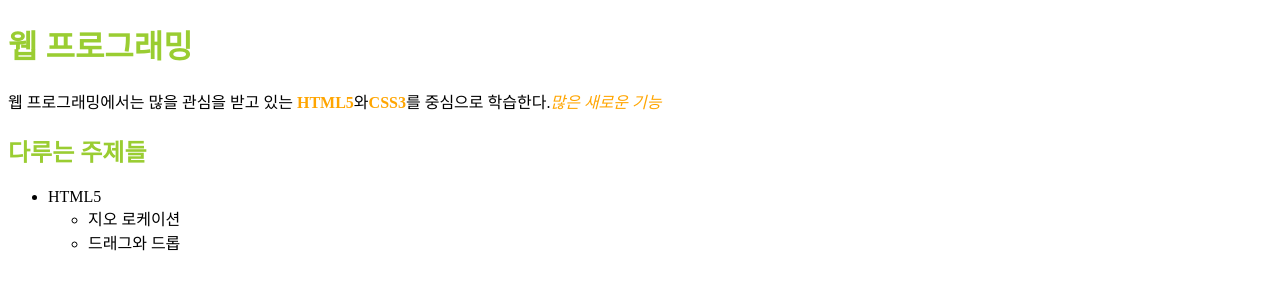
Repository: daehyeonhong/HTML
Page: exercise/WebContent/exercise0519/exerciseT_12.html
An editor plug-in stored every save of this project. The page is shown before and after the next save, followed by the edit.
The browser window is 1280 px wide. The pictures show the whole page.

Above is the page before, as saved 2020-05-20 00:25:39.

### exercise/WebContent/exercise0519/exerciseT_12.html
<!DOCTYPE html>
<html lang="en">
<head>
    <meta charset="UTF-8">
    <meta name="viewport" content="width=device-width, initial-scale=1.0">
    <title>Document</title>
    <style>strong{color: orange;}em{color: orange;}ul>li>ul>li{color: red;}
    h1,h2{color: yellowgreen;}</style>
</head>
<body>
    <h1>웹 프로그래밍</h1>
    <p>웹 프로그래밍에서는 많을 관심을 받고 있는 <strong>HTML5</strong>와<strong>CSS3</strong>를 중심으로 학습한다.<em>많은 새로운 기능</em></div></p>
    <h2>다루는 주제들</h2>
    <ul><li>HTML5</li>
    <ul><li>지오 로케이션</li><li>드래그와 드롭</li></ul></ul>
</body>
</html>

After the next save:
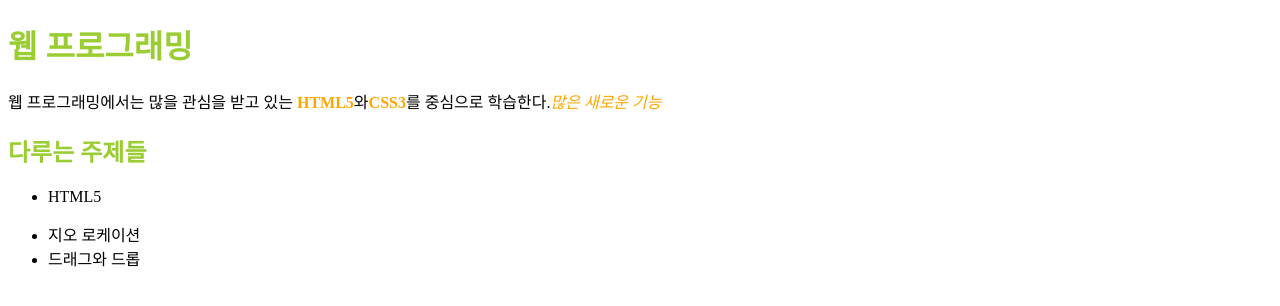
Saved 2 min 23 s later.
--- a/exercise/WebContent/exercise0519/exerciseT_12.html
+++ b/exercise/WebContent/exercise0519/exerciseT_12.html
@@ -11,7 +11,7 @@
     <h1>웹 프로그래밍</h1>
     <p>웹 프로그래밍에서는 많을 관심을 받고 있는 <strong>HTML5</strong>와<strong>CSS3</strong>를 중심으로 학습한다.<em>많은 새로운 기능</em></div></p>
     <h2>다루는 주제들</h2>
-    <ul><li>HTML5</li>
-    <ul><li>지오 로케이션</li><li>드래그와 드롭</li></ul></ul>
+    <ul><li>HTML5</li></ul>
+    <ul><li>지오 로케이션</li><li>드래그와 드롭</li></ul>
 </body>
 </html>

After the save that followed:
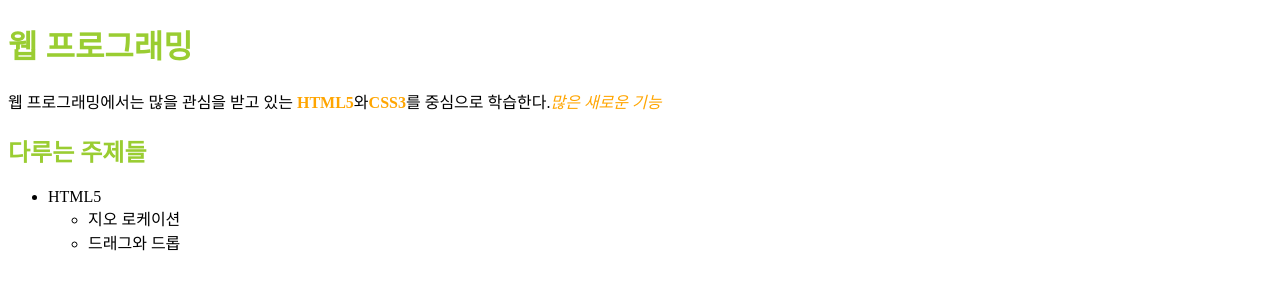
Saved 9 s later.
--- a/exercise/WebContent/exercise0519/exerciseT_12.html
+++ b/exercise/WebContent/exercise0519/exerciseT_12.html
@@ -11,7 +11,7 @@
     <h1>웹 프로그래밍</h1>
     <p>웹 프로그래밍에서는 많을 관심을 받고 있는 <strong>HTML5</strong>와<strong>CSS3</strong>를 중심으로 학습한다.<em>많은 새로운 기능</em></div></p>
     <h2>다루는 주제들</h2>
-    <ul><li>HTML5</li></ul>
-    <ul><li>지오 로케이션</li><li>드래그와 드롭</li></ul>
+    <ul><li>HTML5</li>
+    <ul><li>지오 로케이션</li><li>드래그와 드롭</li></ul></ul>
 </body>
 </html>
